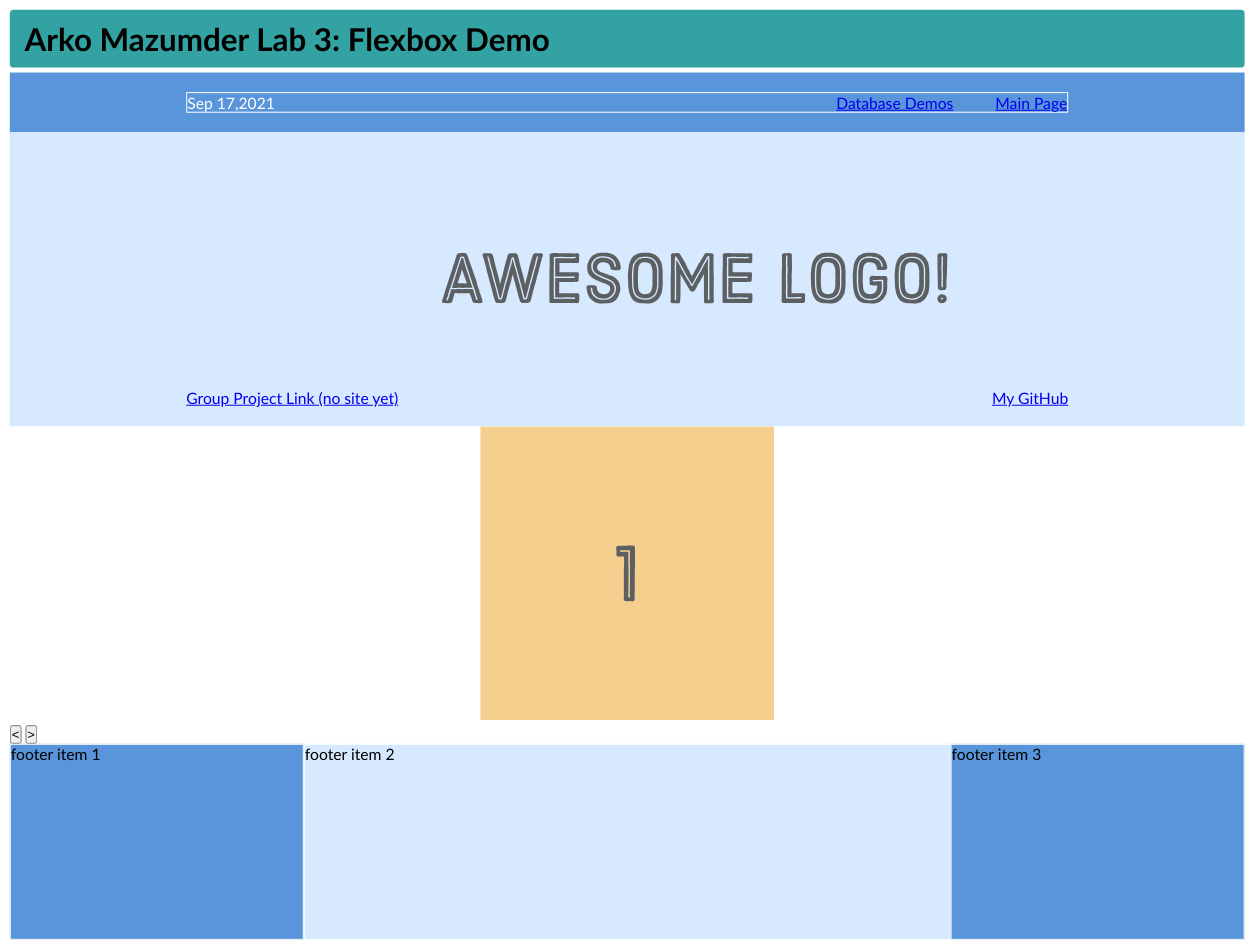
Repository: arkomz/INST377-Lab-Work
Page: client/lab_4/index.html
The author's editor kept a copy of each file at every save. The page is drawn from the files as they stood at one save, then again after the next save.
The browser window is 1280 px wide. The pictures show the whole page, at 98% of full size.

Above is the page before, as saved 2021-09-26 21:43:56.

After the next save:
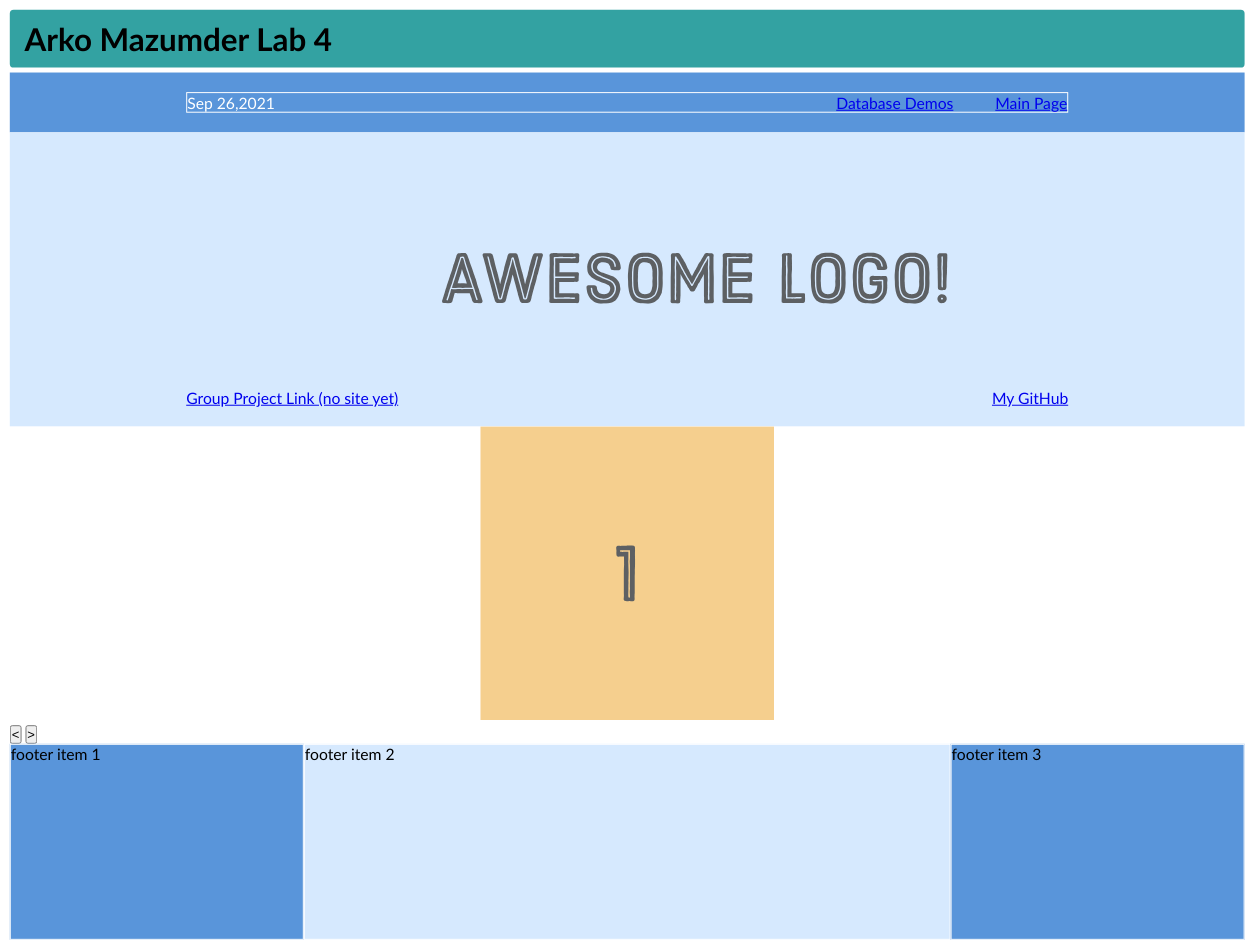
Saved 23 s later.
--- a/client/lab_4/index.html
+++ b/client/lab_4/index.html
@@ -10,10 +10,10 @@
   <body>
 
     <div class = 'wrapper'>
-    <h1 class='title'> Arko Mazumder Lab 3: Flexbox Demo</h1>
+    <h1 class='title'> Arko Mazumder Lab 4</h1>
     <div class='menu-container'>
       <div class='menu'>
-        <div class='date'>Sep 17,2021</div>
+        <div class='date'>Sep 26,2021</div>
 
         <div class='signup'> <a href = 'data.html'> Database Demos</a> </div>
         <div class='login'> <a href = 'index.html'> Main Page</a> </div>
